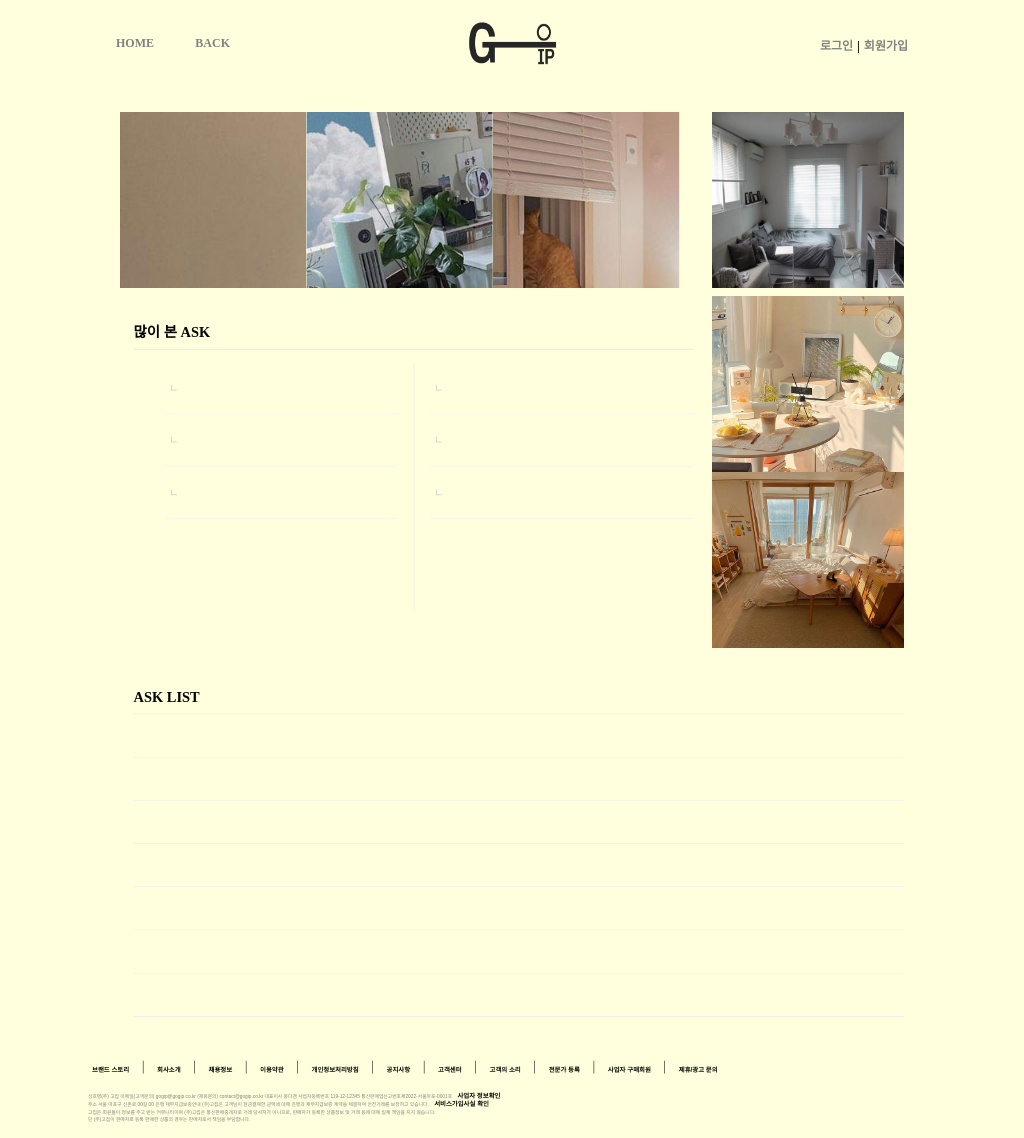
Repository: pauljerricho/MES
Page: http://localhost/SpringBoard/WEB-INF/views/ask.jsp
An editor plug-in stored every save of this project. The page is shown before and after the next save, followed by the edit.
The browser window is 1280 px wide. The pictures show the whole page, at 80% of full size.
Some web libraries are served in a nearby version. The page is served by Tomcat 9. Nobody is signed in. Other server files are loaded and not shown. The template is opened directly, without the code that normally fills it, so the values that code supplies are empty.

Above is the page before, as saved 2022-03-14 01:21:55.
Console error: SyntaxError: Invalid or unexpected token

### gozip/SpringBoard/src/main/webapp/WEB-INF/views/ask.jsp
<%@ page language="java" contentType="text/html; charset=UTF-8"
	pageEncoding="UTF-8"%>
<!DOCTYPE html>
<html>
<head>
<meta charset="UTF-8">
<title>의뢰하기</title>
<!-- CSS -->
<script src="https://ajax.googleapis.com/ajax/libs/jquery/3.1.1/jquery.min.js"></script>
  <%@ taglib prefix="c" uri="http://java.sun.com/jsp/jstl/core"%>
  <%@ taglib prefix="fn" uri="http://java.sun.com/jsp/jstl/functions"%>
<style type="text/css">
#wrap {
	margin-top: 50px;
	position: relative;
	min-width: 980px;
}


.wrap_home {
	padding: 18px o;
}

h4 {
	display: block;
	margin-block-start: 1.33em;
	margin-block-end: 1.33em;
	margin-inline-start: 0px;
	margin-inline-end: 0px;
	font-weight: bold;
}

/*best_ask 부분*/
.container_wrap {
	width: 980px;
	margin: 0 auto;
}

.wrap_home .section_spot {
	position: relative;
	height: 220px;
}

.wrap_home .section_spot:after {
	display: table;
	clear: both;
	content: '';
}

.wrap_home .section_spot .best_ask_wrap {
	float: left;
	width: 700px;
}

.wrap_home .best {
	float: left;
	position: relative;
	width: 33.3%;
	height: 220px;
	overflow: visible;
}

.wrap_home .section_spot .best_ask_wrap {
	float: left;
	width: 700px;
}

.wrap_home .best_background {
	position: absolute;
	bottom: 0;
	left: 0;
	right: 0;
	overflow: hidden;
	max-height: 100%;
	line-height: 0;
}

.wrap_home .best.expert .best_background {
	background-repeat: no-repeat;
	background-position: bottom right;
	background-size: auto 158px;
	opacity: 1;
}

.wrap_home .best_link img {
	max-width: 100%;
	visibility: hidden;
}

.wrap_home .best_link {
	position: relative;
	display: block;
	height: 210px;
	margin-right: 10px;
	text-decoration: none;
	cursor: pointer;
	border-radius: 24px;
	overflow: hidden;
	box-shadow: 0 10px 20px 0 rgb(150 153 159/ 50%);
}

.wrap_home .best_link .description {
	display: -webkit-box;
	max-height: 72px;
	overflow: hidden;
	margin-top: 13px;
	font-size: 18px;
	line-height: 24px;
	color: #fff;
	text-shadow: 0 1px 0 rgb(0 0 0/ 20%);
	font-weight: 300;
	word-wrap: break-word;
	-webkit-line-clamp: 3;
	-webkit-box-orient: vertical;
	text-overflow: ellipsis;
}

.wrap_home .side_right {
	float: right;
	position: relative;
	width: 240px;
	background-color: black;
	margin: 0 0;
}

.wrap_home .side li {
	position: relative;
	height: 210px;
}

.wrap_home .side li a {
	position: relative;
	display: block;
	width: 230px;
	height: 220px;
}

/*section_ask 부분*/
.section_ask {
	overflow: hidden;
	margin-top: 10px;
}

.wrap_home .stats_ranking_area {
	margin: 0 10px 0 0;
	padding: 14px 24px 0;
}

.wrap_home .container_content_left {
	width: 700px;
}

.container_content_left {
	position: relative;
	float: left;
	padding: 0 0 50px 17px;
}

.section_headings {
	margin-top: 30px;
}

.section_head {
	position: relative;
	border-bottom: 1px solid #e5e5e5;
}

.section_head_title {
	font-size: 18px;
	margin-bottom: 10px;
}

.ranking_section .ranking_list_area::after {
	display: block;
	clear: both;
	content: '';
}

.ranking_section .ranking_list {
	box-sizing: border-box;
	float: left;
	width: 50%;
	height: 308px;
	padding-right: 20px;
}

.ranking_list {
	display: block;
	list-style-type: disc;
	margin-block-start: 1em;
	margin-block-end: 1em;
	margin-inline-start: 0px;
	margin-inline-end: 0px;
	padding-inline-start: 40px;
}

ul, li {
	list-style: none;
}

a {
	color: #000;
	text-decoration: none;
	font-style: none;
}

.ranking_section .ranking_item {
	position: relative;
	margin-top: 14px;
	padding: 4px 4px 16px 18px;
	border-bottom: 1px solid #f2f2f2;
	background: 0;
	font-size: 12px;
	line-height: 1.6;
	letter-spacing: -0.5px;
}

.ranking_section .ranking_item .no {
	position: absolute;
	top: 3px;
	left: 1px;
	width: 7px;
	text-align: center;
	font-size: 15px;
	font-family: Helvetica;
	font-weight: bold;
	color: blue;
}

.ranking_section .ranking_item .ranking_title {
	display: block;
	overflow: hidden;
	margin-bottom: 4px;
	font-weight: bold;
	font-size: 15px;
	color: #000;
	text-overflow: ellipsis;
	white-space: nowrap;
}

.ranking_section .ranking_item .ranking_text {
	display: block;
	overflow: hidden;
	position: relative;
	margin: 0 0 4px -18px;
	color: #555;
	text-overflow: ellipsis;
	white-space: nowrap;
	font-size: 14px;
}

.ranking_section .ranking_item .ranking_text:before {
	content: '';
	display: inline-block;
	width: 6px;
	height: 6px;
	border: 1px solid #ccc;
	border-width: 0 0 1px 1px;
	margin: 0 9px 0 2px;
	vertical-align: 2px;
}

.ranking_section .ranking_list+.ranking_list {
	border-left: 1px solid #e8e8e8;
	padding: 0 0 0 20px;
}

/*aside_right 부분*/
.wrap_home .container_content_right {
	width: 240px;
}

.container_content_right {
	position: relative;
	float: right;
}

.wrap_home .side li {
	background-color: black;
	margin-bottom: 10px;
}


/*section_ask2 부분*/
.section_ask2 {
	overflow: hidden;
	margin-top: 10px;
}

.wrap_home .stats_area2 {
	width: 980px;
	float: left;
	padding: 0 0 50px 17px;
}

.section_dhead {
	position: relative;
	border-bottom: 1px solid #e5e5e5;
}

.section_dhead_title {
	font-size: 18px;
	margin-bottom: 10px;
}

.board_section {
	display: block;
}

.ask_box {
	position: relative;
	padding: 19px 0 24px;
	border-bottom: 1px solid #ededed;
	zoom: 1;
}
.ask_box .tit_wrap {
    overflow: hidden;
    font-size: 15px;
    font-weight: 600;
    line-height: 22px;
    color: #000;
}
.ask_box .tit_wrap a{
	display: block;
	width: 100%;
	color: #000;
	}
.ask_box .ask_tit  {
    display: block;
    width: 100%;
    color: #000;
}

.ask_box .ask_text  {
    overflow: hidden;
    max-height: 56px;
	margin-top: 10px;
	font-size: 14px;
	line-height: 18px;
	font-weight: normal;
	color: #8c8c8c;
    }
</style>
</head>
<body>
	<header>
		<%@include file="/WEB-INF/views/head.jsp"%>
	</header>
	<div id="wrap" class="wrap_home">
		<div id="container">
			<div class="container_wrap">
				<div class="section_spot">
					<div class="best_ask_wrap">
						<div class="best ask1">
								<div class="best_background">
									<img src="/img/board60.jpg">
								</div>
								<a><p class="description">${requestScope.list[0].a_title}</p></a> <!-- description 영역 -->
						</div>
						<!-- best_ask1 영역 -->
						<div class="best ask2">
								<div class="best_background">
									<img src="/img/cont02.jpg">
								</div>
								<p class="description">질문02</p> <!-- description 영역 -->
							</a>
						</div>
						<!-- best_ask2 영역 -->
						<div class="best ask3">
								<div class="best_background">
									<img src="/img/cont03.jpg">
								</div>
								<p class="description">질문03</p> <!-- description 영역 -->
							</a>
						</div>
						<!-- best_ask3 영역 -->
					</div>
					<!-- best_ask_wrap 영역 -->
					<div class="side_right">
						<ul class="side content01">
							<li class="scont1">
							<a href="" style="background-image:url('/img/cont04.jpg');background-size:cover; background-repeat: no-repeat;" >
							</a>
							</li>
						</ul>
					</div>
					<!-- side_right 영역 -->
				</div>
				<!-- .section_spot 영역 -->
				<div class="section_ask">
					<div class="container_content_left">
						<div class="stats_area">
							<div class="section_head section_headings">
								<h4 class="section_head_title">많이 본 ASK</h4>
							</div>
							<!-- section_head 영역 -->
						</div>
						<!-- section_head 영역 -->
						<div class="ranking_section">
							<div class="ranking_list_area">
								<ul class="ranking_list">
									<li class="ranking_item _item1"><span class="no">1</span>
										<a href="answer.do" class="ranking_title">${requestScope.list[0].a_title}</a> <a href=""
										class="ranking_text text">${requestScope.list[0].a_content}</a></li>
									<!-- ranking_item_item1 -->
									<li class="ranking_item _item2"><span class="no">2</span>
										<a href="" class="ranking_title">${requestScope.list[1].a_title}</a> <a href=""
										class="ranking_text">${requestScope.list[1].a_content}</a></li>
									<!-- ranking_item_item2 -->
									<li class="ranking_item _item3"><span class="no">3</span>
										<a href="" class="ranking_title">${requestScope.list[2].a_title}</a> <a href=""
										class="ranking_text">${requestScope.list[2].a_content}</a></li>
									<!-- ranking_item_item3 -->
								</ul>
								<ul class="ranking_list">
									<li class="ranking_item _item4"><span class="no">4</span>
										<a href="" class="ranking_title">${requestScope.list[3].a_title}</a> <a href=""
										class="ranking_text">${requestScope.list[3].a_content}</a></li>
									<!-- ranking_item_item4 -->
									<li class="ranking_item _item5"><span class="no">5</span>
										<a href="" class="ranking_title">${requestScope.list[4].a_title}</a> <a href=""
										class="ranking_text">${requestScope.list[4].a_content}</a></li>
									<!-- ranking_item_item5 -->
									<li class="ranking_item _item6"><span class="no">6</span>
										<a href="" class="ranking_title">${requestScope.list[5].a_title}</a> <a href=""
										class="ranking_text">${requestScope.list[5].a_content}</a></li>
									<!-- ranking_item_item6 -->
								</ul>
							</div>
							<!-- ranking_list_area 영역 -->
						</div>
						<!-- ranking_seciont 영역 -->
					</div>
					<!-- container_content_left 영역 -->
					<div class="container_content_right">
						<div id="aside_content" class="aside1">
							<ul class="side content02">
								<li class="scont1">
							<a href="" style="background-image:url('/img/cont05.jpg');background-size:cover; background-repeat: no-repeat;" >
							</a><br>
							<li class="scont1">
							<a href="" style="background-image:url('/img/cont06.jpg');background-size:cover; background-repeat: no-repeat;" >
							</a>
							</li>
						</div>
						<!-- aside_content02 영역 -->
					</div>
					<!-- container_content_right 영역 -->
				</div>
				<!--section_ask 영역  -->
				<div class="section_ask2">
					<div class="stats_area2">
						<div class="section_dhead section_dheadings">
							<h4 class="section_dhead_title">ASK LIST</h4>
							<!-- section_dhead_title 영역 -->
						</div>
						<!-- section_dhead 영역 -->
						<div class="board_section">
							<div class="ask_box">
								<div class="tit_wrap">
									<a href="" class="atit">
										<span classs="ask_tit">${requestScope.list[0].a_title}</span>
										<p class="ask_text">${requestScope.list[0].a_content}</p>
									</a>
								</div>
								<!-- tit_wrap 영역 -->
							</div>
							<!-- ask_box 01 영역 -->
							<div class="ask_box">
								<div class="tit_wrap">
									<a href="" class="atit">
										<span classs="ask_tit">${requestScope.list[1].a_title}</span>
										<p class="ask_text">${requestScope.list[1].a_content}</p>
									</a>
								</div>
								<!-- tit_wrap 영역 -->
							</div>
							<!-- ask_box 02 영역 -->
							<div class="ask_box">
								<div class="tit_wrap">
									<a href="" class="atit">
										<span classs="ask_tit">${requestScope.list[2].a_title}</span>
										<p class="ask_text">${requestScope.list[2].a_content}</p>
									</a>
								</div>
								<!-- tit_wrap 영역 -->
							</div>
							<!-- ask_box 03 영역 -->
							<div class="ask_box">
								<div class="tit_wrap">
									<a href="" class="atit">
										<span classs="ask_tit">${requestScope.list[3].a_title}</span>
										<p class="ask_text">${requestScope.list[3].a_content}</p>
									</a>
								</div>
								<!-- tit_wrap 영역 -->
							</div>
							<!-- ask_box 04 영역-->
							<div class="ask_box">
								<div class="tit_wrap">
									<a href="" class="atit">
										<span classs="ask_tit">${requestScope.list[4].a_title}</span>
										<p class="ask_text">${requestScope.list[4].a_content}</p>
									</a>
								</div>
								<!-- tit_wrap 영역 -->
							</div>
							<!-- ask_box 05 영역 -->
							<div class="ask_box">
								<div class="tit_wrap">
									<a href="" class="atit">
										<span classs="ask_tit">${requestScope.list[5].a_title}</span>
										<p class="ask_text">${requestScope.list[5].a_content}</p>
									</a>
								</div>
								<!-- tit_wrap 영역 -->
							</div>
							<!-- ask_box 06 영역 -->
							<div class="ask_box">
								<div class="tit_wrap">
									<a href="" class="atit">
										<span classs="ask_tit">${requestScope.list[6].a_title}</span>
										<p class="ask_text">${requestScope.list[6].a_content}</p>
									</a>
								</div>
								<!-- tit_wrap 영역 -->
							</div>
							<!-- ask_box 07 영역 -->
						</div>
						<!-- board_section 영역 -->
					</div>
					<!-- stats_area 영역 -->
				</div>
				<!-- section_ask2 영역 -->
			</div>
			<!-- .container_wrap 영역 -->
		</div>
		<!-- #container 영역 -->
	</div>
	<!-- #wrap -->
<footer>
        <%@include file="/WEB-INF/views/foot.jsp" %>
</footer>
</body>
</html>

### gozip/SpringBoard/src/main/webapp/WEB-INF/views/head.jsp
<%@ page language="java" contentType="text/html; charset=UTF-8"
	pageEncoding="UTF-8"%>
<!DOCTYPE html>
<html>
<head>
<meta charset="UTF-8">
<title>Insert title here</title>
<script
	src="https://ajax.googleapis.com/ajax/libs/jquery/3.6.0/jquery.min.js"></script>
	<%@ taglib prefix="c" uri="http://java.sun.com/jsp/jstl/core"%>
<style>
* {
	margin: 0px;
	padding: 0px;
	background: #ffffdd;
}

header {
	margin: 0px auto;
	margin-top: 10px;
	width: 1000px;
	display: flex;
	flex-direction: row;
	box-sizing: border-box;
	font-weight: bold;
	color: black;
}

#btn {
	width: 100px;
	margin-top: 25px;
}

#img {
	width: 600px;
	height: 70px;
	text-align: center;
}

#img>img {
	width: 120px;
	height: 70px;
}

#member {
	width: 200px;
	margin-top: 25px;
	text-align: right;
}

a {
	text-decoration: none;
	font-size: 15px;
	color: gray;
	padding: 0px 5px 0px 5px;
}
</style>

</head>
<body>
	<header>
		<div id="btn">
			<a href="/">HOME</a>
		</div>
		<div id="btn">
			<a href="#" onClick="history.back()">BACK</a>
		</div>
		<p>&nbsp;</p>
		<div id="img">
			<img src="/img/final_logo.png" onclick="location.href='boardreset.do'">
		</div>

		<p>&nbsp;</p>
		<div id="member">
			<c:if test="${empty sessionScope.member.id}">
			<a href="log.do">로그인</a>|<a href="register.do">회원가입</a></c:if>
			<c:if test="${not empty sessionScope.member.id}">
			<a href="logout.do">로그아웃</a></c:if>
		</div>
	</header>
</body>
</html>

### gozip/SpringBoard/src/main/webapp/WEB-INF/views/foot.jsp
<%@ page language="java" contentType="text/html; charset=UTF-8"
   pageEncoding="UTF-8"%>
<!DOCTYPE html>
<html>
<head>
<meta charset="UTF-8">
<title>Insert title here</title>
<script>@import url('https://fonts.googleapis.com/css2?family=Do+Hyeon&display=swap');</script>
<style>
footer {
   margin-left:55px;
   margin-bottom: 10px;
   width: 1000px;
   display: flex;
   flex-direction: column;
   box-sizing: border-box;
   font-family: 'Do Hyeon', sans-serif;
}

footer a {
   text-decoration: none;
   color: black;
   font-weight: bold;
   font-size: 8px;
   text-align: left;
}

footer .notice {
   color: gray;
   font-size: 6px;
   text-align: left;
}

</style>
</head>
<body>
<footer>
   <div class="menu">
      <a href="https://www.naver.com">브랜드 스토리</a>&nbsp;｜ <a
         href="https://www.google.com">회사소개</a>&nbsp;｜ <a href="">채용정보</a>&nbsp;｜
      <a href="">이용약관</a>&nbsp;｜ <a href="">개인정보처리방침</a>&nbsp;｜ <a href="">공지사항</a>&nbsp;｜
      <a href="">고객센터</a>&nbsp;｜ <a href="">고객의 소리</a>&nbsp;｜ <a href="">전문가
         등록</a>&nbsp;｜ <a href="">사업자 구매회원</a>&nbsp;｜ <a href="">제휴/광고 문의</a>&nbsp;
   </div>
   <br>
   <div class="notice">
      <p>
         상호명(주) 고집 이메일(고객문의) gogip@gogip.co.kr (제휴문의) contact@gogip.co.kr 대표이사
         봉다겸 사업자등록번호 119-12-12345 통신판매업신고번호제2022-서울마포-0001호 <a href="">사업자
            정보확인</a>
      </p>
      <p>
         주소 서울 마포구 신촌로 00길 00 은행 채무지급보증안내 (주)고집은 고객님이 현금결제한 금액에 대해 은행과 채무지급보증
         계약을 체결하여 안전거래를 보장하고 있습니다. <a href="">서비스가입사실 확인</a>
      </p>
      <p>고집은 회원들이 정보를 주고 받는 커뮤니티이며 (주)고집은 통신판매중개자로 거래 당사자가 아니므로,
         판매자가 등록한 상품정보 및 거래 등에 대해 일체 책임을 지지 않습니다.</p>
      <p>단 (주)고집이 판매자로 등록 판매한 상품의 경우는 판매자로서 책임을 부담합니다.</p>
   </div>
   </footer>
</body>
</html>

After the next save:
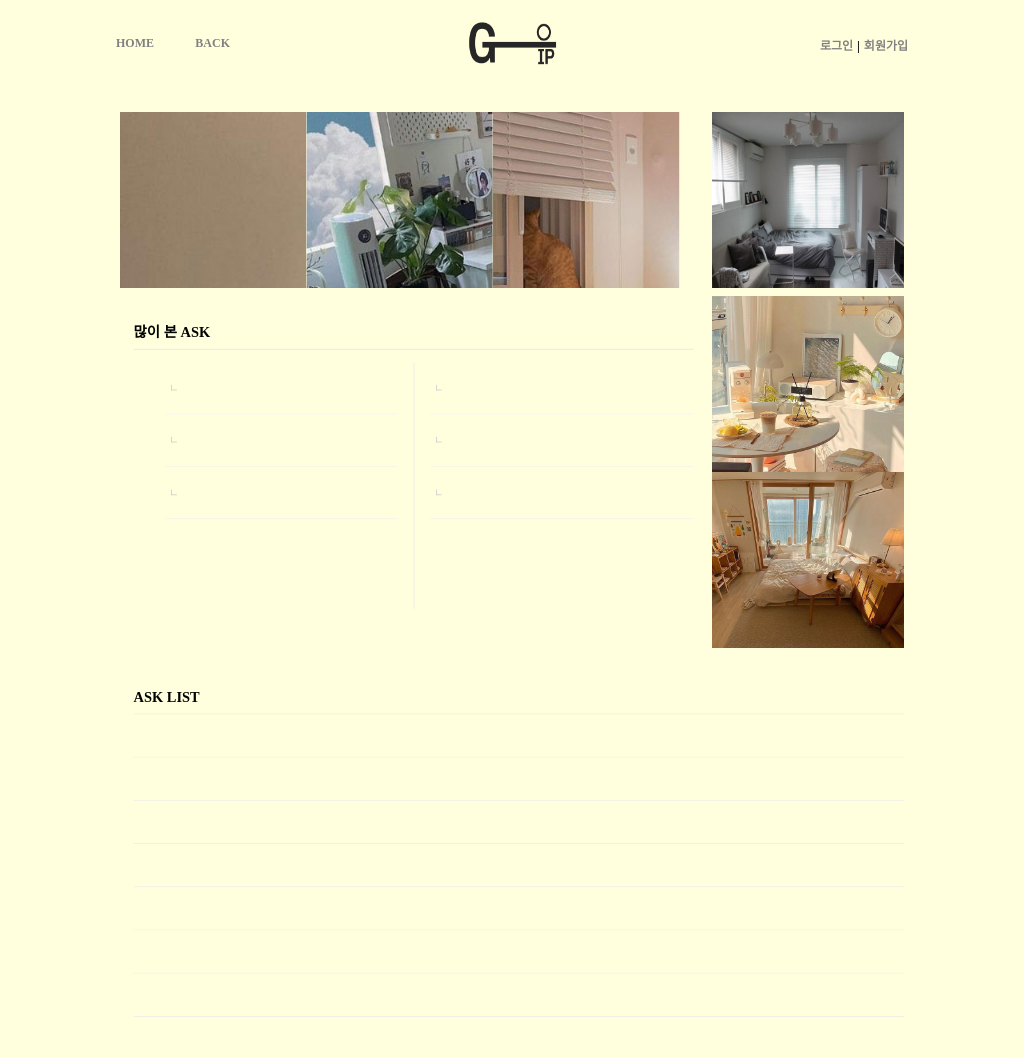
The error is gone.
Saved 2 min 24 s later.
--- a/gozip/SpringBoard/src/main/webapp/WEB-INF/views/ask.jsp
+++ b/gozip/SpringBoard/src/main/webapp/WEB-INF/views/ask.jsp
@@ -538,8 +538,5 @@ a {
 		<!-- #container 영역 -->
 	</div>
 	<!-- #wrap -->
-<footer>
-        <%@include file="/WEB-INF/views/foot.jsp" %>
-</footer>
 </body>
 </html>
